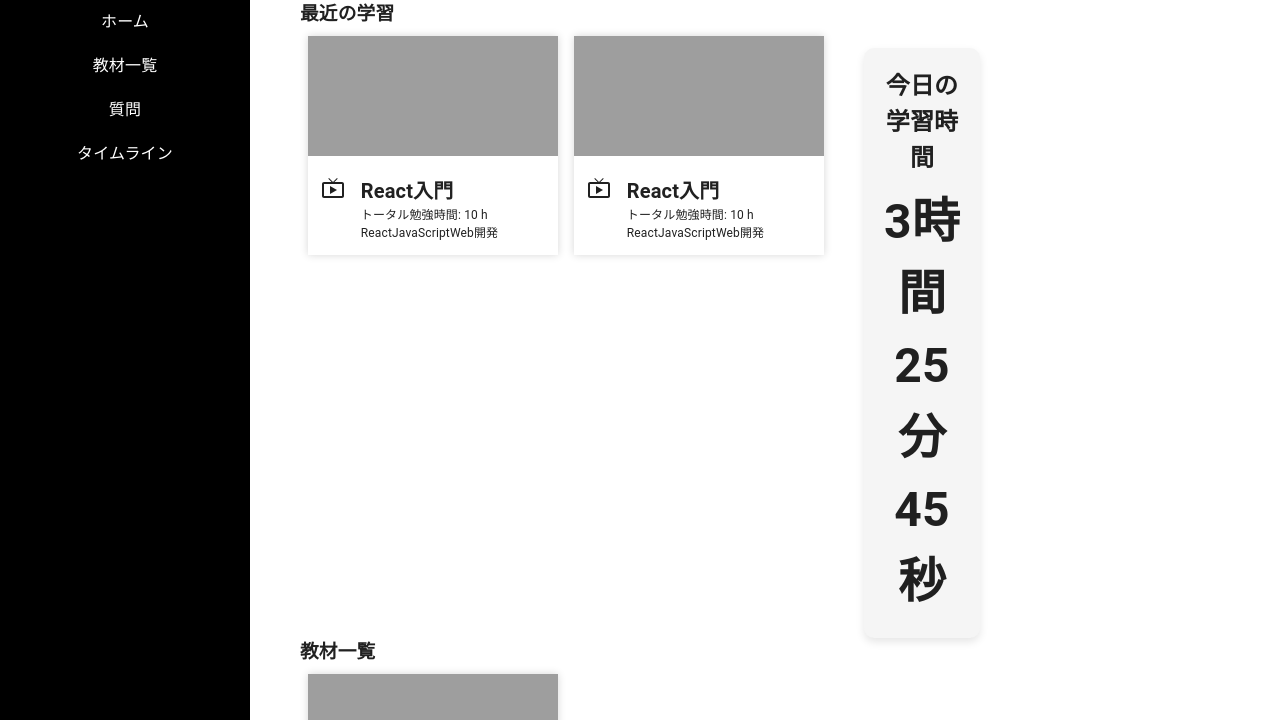
Repository: amatech-repo/engineer-plusplus
Page: / (app in frontend/)
The author's editor kept a copy of each file at every save. The page is drawn from the files as they stood at one save, then again after a run of saves.
The browser window is 1280 px wide. The pictures show the whole page.
Pictures or frames that could not be fetched are drawn as grey boxes. An inner scrolling area shows only its first screen. The project was rebuilt for these pictures with package versions that can differ from the ones it lists, and the page was loaded fresh each time. The framework's server and built-in components were replaced by stand-ins that run in the browser.

Above is the page before, as saved 2023-04-23 18:48:08.

### frontend/src/pages/_app.tsx
import "@/styles/globals.css";
import Head from "next/head";
import type { AppProps } from "next/app";
import { RecoilRoot } from "recoil";
import { ThemeProvider } from '@mui/material/styles';
import CssBaseline from '@mui/material/CssBaseline';
import { CacheProvider, EmotionCache } from '@emotion/react';
import theme from '../../config/theme';
import createEmotionCache from '../../config/createEmotionCache';

const clientSideEmotionCache = createEmotionCache();

interface MyAppProps extends AppProps {
  emotionCache?: EmotionCache;
}

export default function MyApp(props: MyAppProps) {
  const { Component, emotionCache = clientSideEmotionCache, pageProps } = props;
  return (
    <CacheProvider value={emotionCache}>
      <Head>
        <meta name="viewport" content="initial-scale=1, width=device-width" />
      </Head>
      <ThemeProvider theme={theme}>
        {/* CssBaseline kickstart an elegant, consistent, and simple baseline to build upon. */}
        <CssBaseline />
        <RecoilRoot>
      <Component {...pageProps} />
    </RecoilRoot>
      </ThemeProvider>
    </CacheProvider>

  );
}

### frontend/src/pages/index.tsx
import Head from "next/head";
import { Inter } from "next/font/google";

import Dashboard from "./dashboard";
import Layout from "@/components/Layouts/layout";

const inter = Inter({ subsets: ["latin"] });

export default function Home() {
  return (
    <>
      <Head>
        <title>Engineer++</title>
        <meta name="description" content="Generated by create next app" />
        <meta name="viewport" content="width=device-width, initial-scale=1" />
        <link rel="icon" href="/favicon.ico" />
      </Head>
      <main>
        <Layout>
          <Dashboard />
        </Layout>
      </main>
    </>
  );
}

### frontend/config/theme.tsx
import { createTheme } from '@mui/material/styles';
import { red } from '@mui/material/colors';
// Create a theme instance.
const theme = createTheme({
palette: {
   primary: {
      main: '#556cd6',
   },
   secondary: {
     main: '#19857b',
   },
   error: {
   main: red.A400,
   },
  },
});
export default theme;

### frontend/src/pages/dashboard/index.tsx
import Navigation from "@/components/Navigataion";
import Card from "@/components/Card";
import RecentStudy from "@/components/RecentStudy";
import MaterialList from "@/components/MaterialsList";
import TodayStudyTime from "@/components/TodayStudyTime";
import styled from "styled-components";

const Dashboard = () => {
  return (
    <>
      <Container>
        <RecentStudyContainer>
          <RecentStudy />
        </RecentStudyContainer>
        <TodayStudyTimeContainer>
          <TodayStudyTime studyTime={12345} />
        </TodayStudyTimeContainer>
      </Container>
      <MaterialList listTitle="教材一覧" />
      <MaterialList listTitle="Youtube" />
      <MaterialList listTitle="Udemy" />
      <MaterialList listTitle="Progate" />
      <MaterialList listTitle="書籍" />
      <MaterialList listTitle="その他" />
    </>
  );
};

export default Dashboard;

const Container = styled.div`
  display: flex;
  flex-wrap: wrap;
  gap: 2rem;

  @media (max-width: 800px) {
    flex-direction: column;
    gap: 1rem;
  }
`;

const TodayStudyTimeContainer = styled.div`
  flex: 1;

  @media (max-width: 800px) {
    order: 1;
  }
`;

const RecentStudyContainer = styled.div`
  flex: 1;

  @media (max-width: 800px) {
    order: 2;
  }
`;

### frontend/src/components/Layouts/layout.tsx
import { ReactChild } from "react";
import styled from "styled-components";
import Navigation from "../Navigataion";

const Layout = ({ children }: { children: ReactChild }) => {
  return (
    <Wrapper>
      <Sidebar>
        <Navigation />
      </Sidebar>
      <Main>{children}</Main>
    </Wrapper>
  );
};

export default Layout;

const Wrapper = styled.div`
  height: 100%;
  width: 100%;
`;

const Sidebar = styled.div`
  position: fixed;
  top: 0;
  left: 0;
  height: 100vh;
  width: 300px;
  z-index: 1;
`;

const Main = styled.div`
  background-color: #ffffff;
  height: 100vh;
  width: calc(100% - 600px);
  margin: auto;
`;

### frontend/src/components/RecentStudy/index.tsx
import styled from "styled-components";
import Card from "../Card";

const RecentStudy = () => {
  return (
    <>
      <h3>最近の学習</h3>
    <CardContainer>
      <ContainerContent>
        <Card title="React入門" totalStudyTime={10} tag={["React", "JavaScript", "Web開発"]} />
      </ContainerContent>
      <ContainerContent>
        <Card title="React入門" totalStudyTime={10} tag={["React", "JavaScript", "Web開発"]} />
      </ContainerContent>
    </CardContainer>
    </>
  );
};

export default RecentStudy;

const CardContainer = styled.div`
  display: flex;
`;

const ContainerContent = styled.div`
  margin: 8px;
`;

### frontend/src/components/MaterialsList/index.tsx
import styled from "styled-components";
import Card from "../Card";

const MaterialList = () => {
  return (
    <>
      <h3>教材一覧</h3>
      <CardContainer>
        <ContainerContent>
          <Card title="React入門" totalStudyTime={10} tag={["React", "JavaScript", "Web開発"]} />
        </ContainerContent>
      </CardContainer>
    </>
  );
};

export default MaterialList;

const CardContainer = styled.div`
  display: flex;
`;

const ContainerContent = styled.div`
  margin: 8px;
`;

### frontend/src/components/TodayStudyTime/index.tsx
import styled from "styled-components";

interface Props {
  studyTime: number;
}

const TodayStudyTime = ({ studyTime }: Props) => {
  // 学習時間を時、分、秒に変換する
  const hour = Math.floor(studyTime / 3600);
  const minute = Math.floor((studyTime % 3600) / 60);
  const second = studyTime % 60;

  // 時、分、秒を文字列に整形する
  const formattedTime = `${hour}時間${minute}分${second}秒`;

  return (
    <Wrapper>
      <Card>
        <CardContent>
          <CardTitle>今日の学習時間</CardTitle>
          <CardTime>{formattedTime}</CardTime>
        </CardContent>
      </Card>
    </Wrapper>
  );
};

export default TodayStudyTime;

const Wrapper = styled.div`
  margin: 0 auto;
  margin-top: 48px;
`;

const Card = styled.div`
  background-color: #f5f5f5;
  border-radius: 10px;
  box-shadow: 0 4px 8px rgba(0, 0, 0, 0.1);
  width: 100%;
  @media (max-width: 800px) {
    width: 90%;
    margin: 0 24px;
  }
`;

const CardContent = styled.div`
  padding: 20px;
  text-align: center;
`;

const CardTitle = styled.h3`
  margin: 0;
  font-size: 24px;
`;

const CardTime = styled.p`
  margin: 10px 0 0;
  font-size: 48px;
  font-weight: bold;
`;

### frontend/src/components/Navigataion/index.tsx
import styled from "styled-components";
import Link from "next/link";
import { useState } from "react";

const Navigation = () => {
  const [showMenu, setShowMenu] = useState<boolean>(false);

  const toggleMenu = () => {
    setShowMenu(!showMenu);
  };

  return (
    <Nav>
      <BurgerMenu onClick={toggleMenu}>
        <div />
        <div />
        <div />
      </BurgerMenu>
      <ul className={showMenu ? "show" : ""}>
        <li>
          <Link href="/">ホーム</Link>
        </li>
        <li>
          <Link href="/bookslist">教材一覧</Link>
        </li>
        <li>
          <Link href="/questions">質問</Link>
        </li>
        <li>
          <Link href="/timeline">タイムライン</Link>
        </li>
      </ul>
    </Nav>
  );
};

export default Navigation;

const Nav = styled.nav`
  position: fixed;
  top: 0;
  left: 0;
  height: 100%;
  width: 250px;
  background-color: black;
  color: white;
  display: flex;
  flex-direction: column;

  ul {
    padding: 0;
    margin: 0;
    list-style: none;
    display: flex;
    flex-direction: column;
    align-items: center;
  }

  li {
    margin: 10px 0;
  }

  a {
    text-decoration: none;
    color: white;
  }

  @media (max-width: 800px) {
    width: 100%;
    height: auto;
    padding: 10px;

    ul {
      flex-direction: column;
      align-items: flex-start;
      display: none;
      margin-top: 50px;
    }

    ul.show {
      display: flex;
    }
  }
`;

const BurgerMenu = styled.div`
  display: none;
  flex-direction: column;
  cursor: pointer;

  div {
    width: 25px;
    height: 3px;
    margin-bottom: 5px;
    background-color: white;
    transition: all 0.3s ease-in-out;
  }

  @media (max-width: 800px) {
    display: flex;
  }

  div:nth-child(1) {
    transform: ${({ showMenu }) =>
      showMenu ? "rotate(45deg) translate(5px, 5px)" : "rotate(0)"};
  }

  div:nth-child(2) {
    opacity: ${({ showMenu }) => (showMenu ? "0" : "1")};
  }

  div:nth-child(3) {
    transform: ${({ showMenu }) =>
      showMenu ? "rotate(-45deg) translate(5px, -5px)" : "rotate(0)"};
  }
`;

### frontend/src/components/Card/index.tsx
import styled from "styled-components";
import LiveTvIcon from "@mui/icons-material/LiveTv";

interface CardProps {
  title: string;
  totalStudyTime: number;
  tag: string[];
}

const Card = ({ title, totalStudyTime, tag }: CardProps) => {
  return (
    <Wrapper>
      <CardContainer>
        <CardHeader>
          <CardThumbnail>
            <CardImage
              src="https://shibajuku.net/wp/wp-content/uploads/2020/02/seigiT.jpg"
              alt="手書きの「正義」という文字が縦に大きくマジックで書かれている白いTシャツ"
              className="card__image"
            />
          </CardThumbnail>
        </CardHeader>
        <CardBody>
          <LiveTvIcon />
          <CardTextBox>
            <CardTitle>{title}</CardTitle>
            <TotalStudyTime>トータル勉強時間: {totalStudyTime} h</TotalStudyTime>
            <Tag>{tag}</Tag>
          </CardTextBox>
        </CardBody>
      </CardContainer>
    </Wrapper>
  );
};

export default Card;

const Wrapper = styled.div`
  width: 250px;
`;

const CardContainer = styled.article`
  background-color: #fff;
  box-shadow: 0 0 8px rgba(0, 0, 0, 0.16);
  color: #212121;
  text-decoration: none;
`;

const CardHeader = styled.div``;

const CardThumbnail = styled.figure`
  margin: 0;
`;

const CardImage = styled.img`
  width: 100%;
  height: 120px;
  object-fit: cover;
`;

const CardBody = styled.div`
  display: flex;
  padding: 0.8rem;
`;

const CardTitle = styled.h3`
  margin: 0;
  font-size: 1.25rem;
`;

const TotalStudyTime = styled.p`
  margin: 0;
  font-size: 0.75rem;
`;

const Tag = styled.p`
  margin: 0;
  font-size: 0.75rem;
`;

const CardTextBox = styled.div`
  margin-left: 1rem;
`;

Loaded but not shown: frontend/src/pages/_document.tsx (common file); frontend/src/styles/globals.css (common file); frontend/config/createEmotionCache.tsx (common file)

After the next 2 saves:
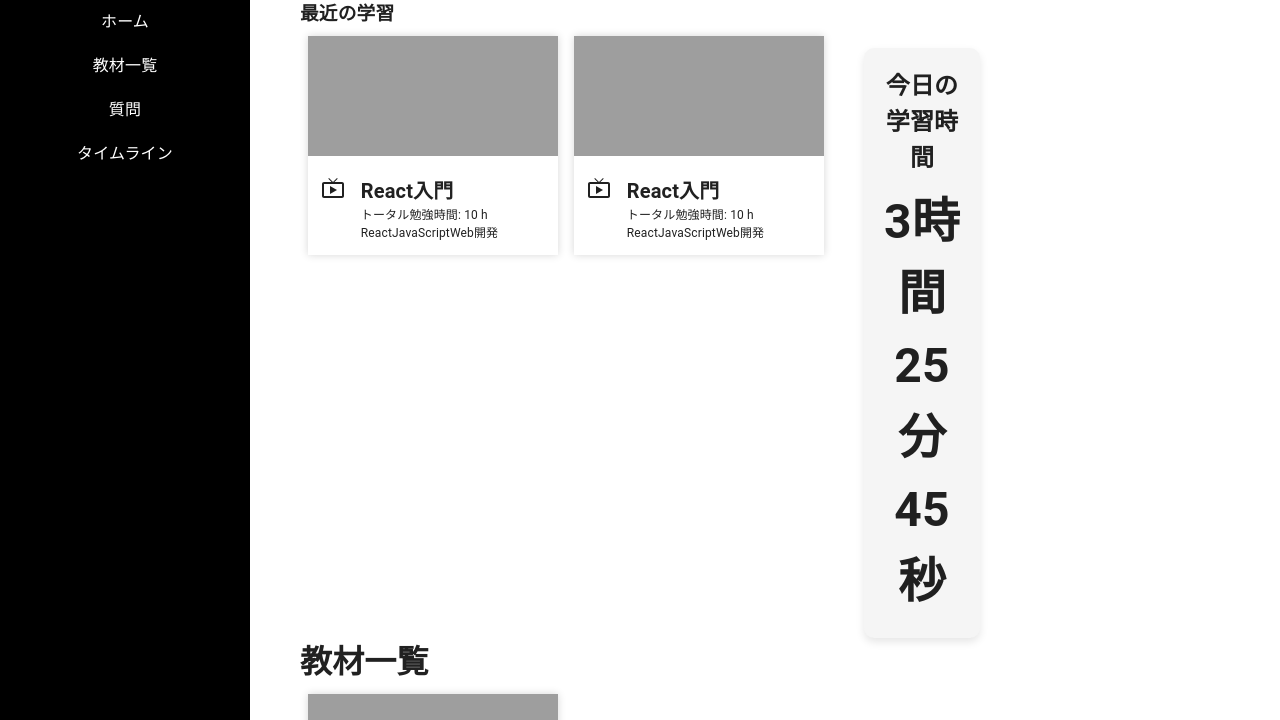
The 2 saves are shown as one change because 1 did not build or start.
The last was saved 15 s later.
--- a/frontend/src/components/MaterialsList/index.tsx
+++ b/frontend/src/components/MaterialsList/index.tsx
@@ -4,7 +4,7 @@ import Card from "../Card";
 const MaterialList = () => {
   return (
     <>
-      <h3>教材一覧</h3>
+      <h1>教材一覧</h1>
       <CardContainer>
         <ContainerContent>
           <Card title="React入門" totalStudyTime={10} tag={["React", "JavaScript", "Web開発"]} />
